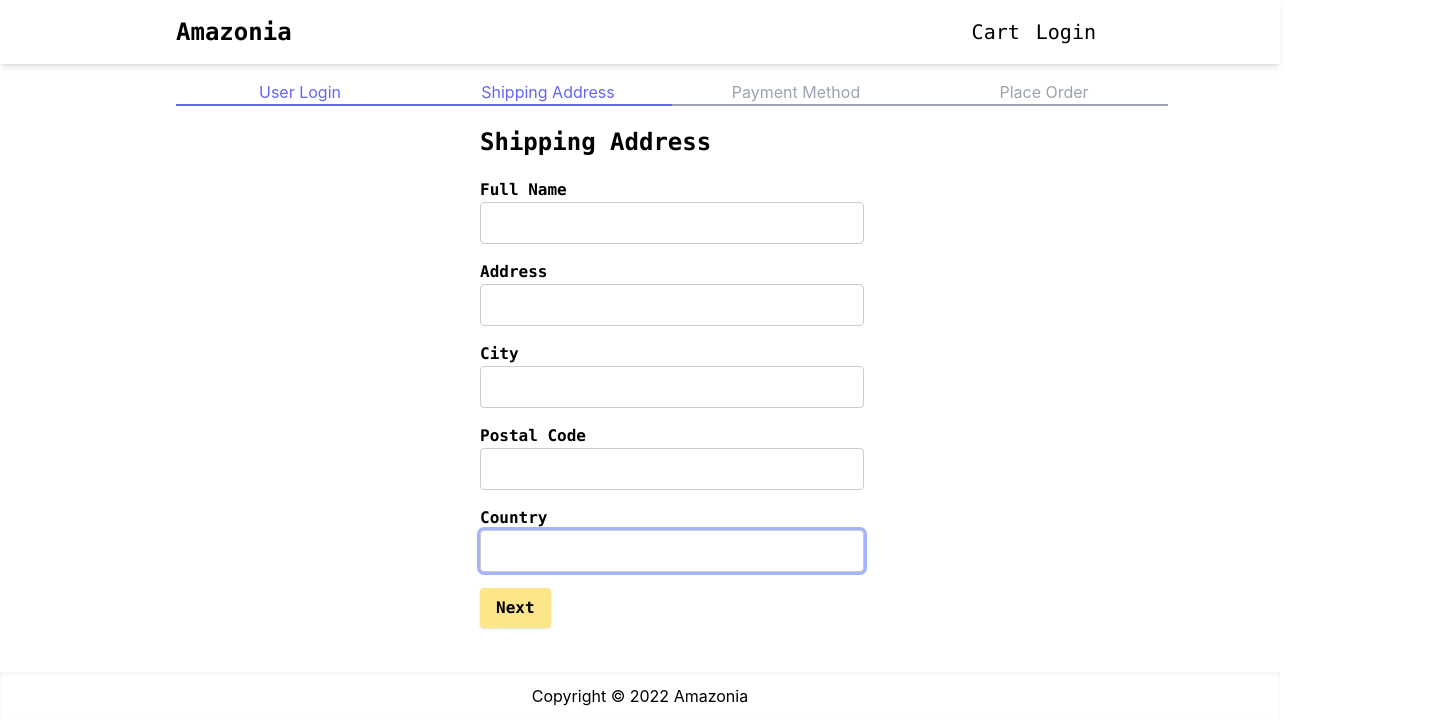
Repository: chidieb11/shop
Page: /shipping
An editor plug-in stored every save of this project. The page is shown before and after a run of saves, followed by the edit.
The browser window is 1280 px wide. The page is 1440 px wide, so the pictures cover 1440 px, including what lies to the right of the window. The pictures show the whole page.
The page's requests for data from a server got no answer. The project was rebuilt for these pictures with package versions that can differ from the ones it lists, and the page was loaded fresh each time. The framework's server and built-in components were replaced by stand-ins that run in the browser. No one was signed in, and anything a server would have sent is missing. Also part of the build but not shown: next.config.js, components/DropdownLink.js.

Above is the page before, as saved 2022-06-28 22:22:59.

After the next 5 saves:
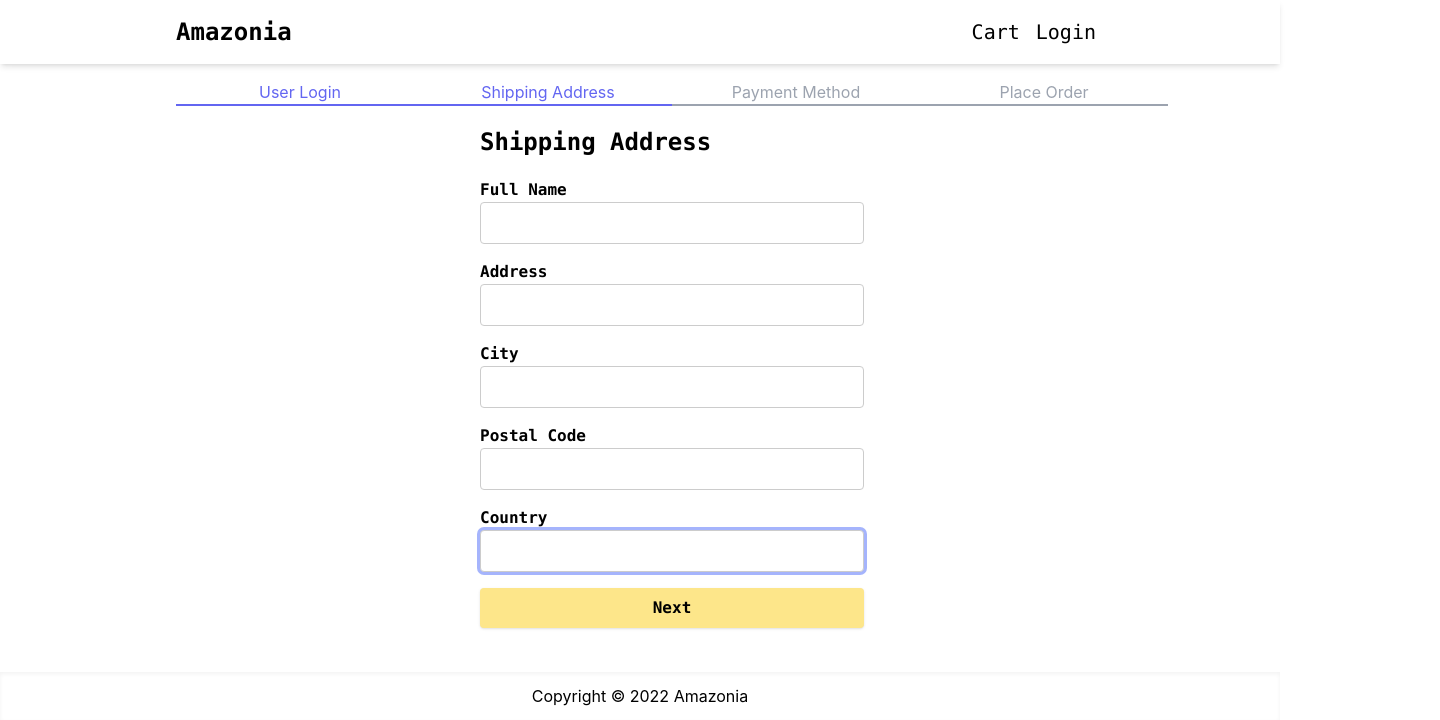
The 5 saves are shown as one change because they came seconds apart.
The last was saved 14 s later.
--- a/pages/shipping.js
+++ b/pages/shipping.js
@@ -113,7 +113,7 @@ const ShippingScreen = () => {
           )}
         </div>
         <div>
-          <button className="primary-button capitalize font-bold font-mono">
+          <button className="primary-button capitalize font-bold font-mono w-96">
             next
           </button>
         </div>
